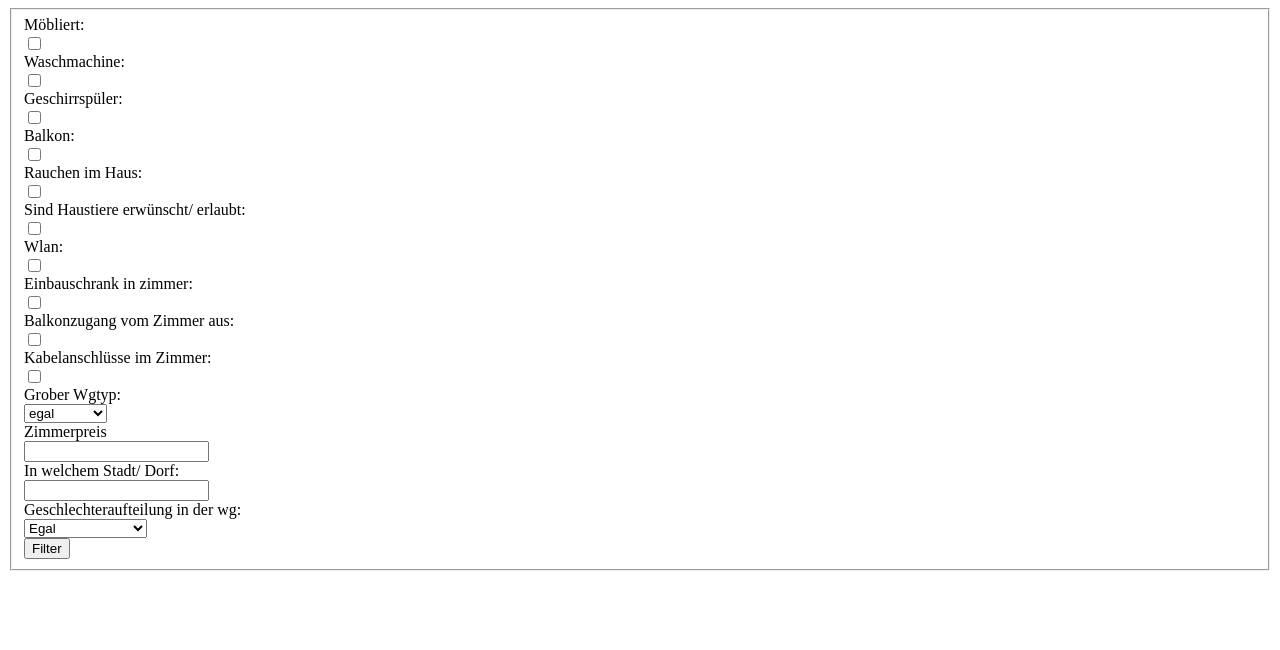
Repository: ese-unibe-ch/ese2014-team2
Page: http://localhost/Skeleton/pages/template/filter.jsp
An editor plug-in stored every save of this project. The page is shown before and after the next save, followed by the edit.
The browser window is 1280 px wide. The pictures show the whole page.
The page is served by Tomcat 9. Nobody is signed in. The application's start-up code is not run. The template is opened directly, without the code that normally fills it, so the values that code supplies are empty.

Above is the page before, as saved 2014-10-30 16:18:52.

After the next save:
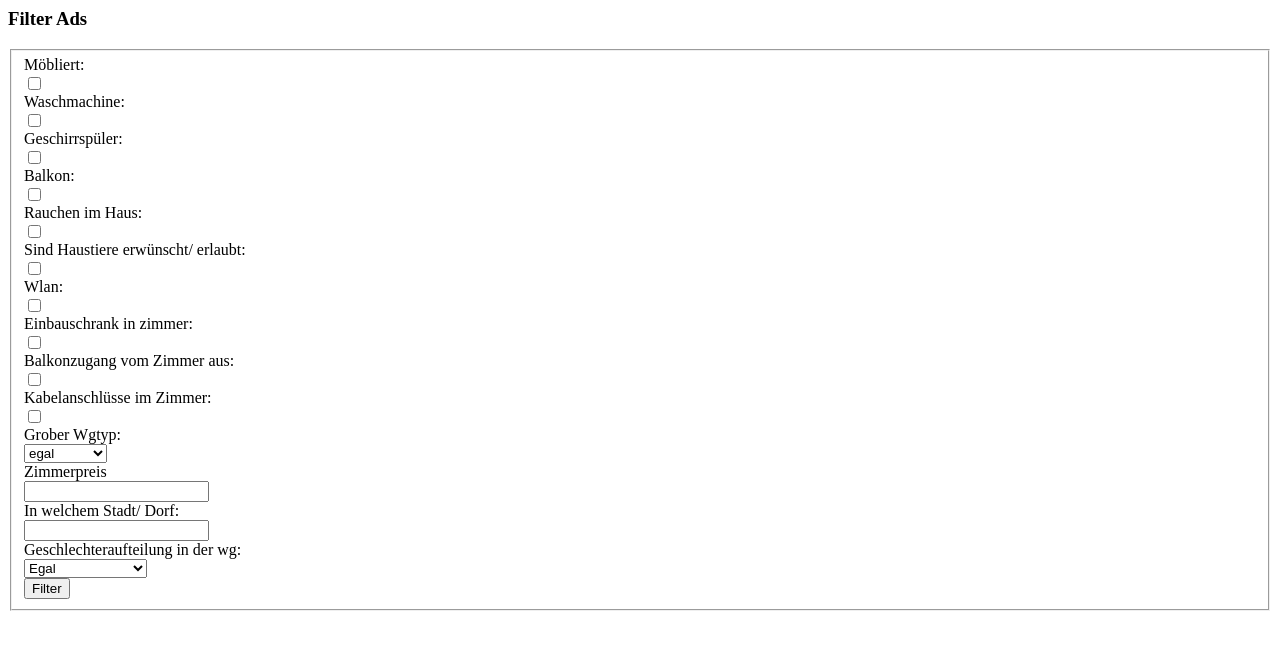
Saved 12 min 41 s later.
--- a/Skeleton/src/main/webapp/pages/template/filter.jsp
+++ b/Skeleton/src/main/webapp/pages/template/filter.jsp
@@ -4,7 +4,13 @@
 <%@ taglib prefix="spring" uri="http://www.springframework.org/tags" %>
 
 <div class="main">
-<form:form method="post" modelAttribute="filterForm" action="filterAds"
+	<div class="col-sm-4">
+    	<div class="panel panel-default">
+        	<div class="panel-heading">
+            	<h3 class="panel-title">Filter Ads</h3>
+            </div>
+            <div class="panel-body">
+              <form:form method="post" modelAttribute="filterForm" action="filterAds"
 		id="filterForm" cssClass="form-horizontal" autocomplete="off"
 		enctype="multipart/form-data">
 		<fieldset>
@@ -122,4 +128,11 @@
 
 		</fieldset>
 		</form:form>
+            </div>
+          </div>
+
+
+
+
+
 </div>
